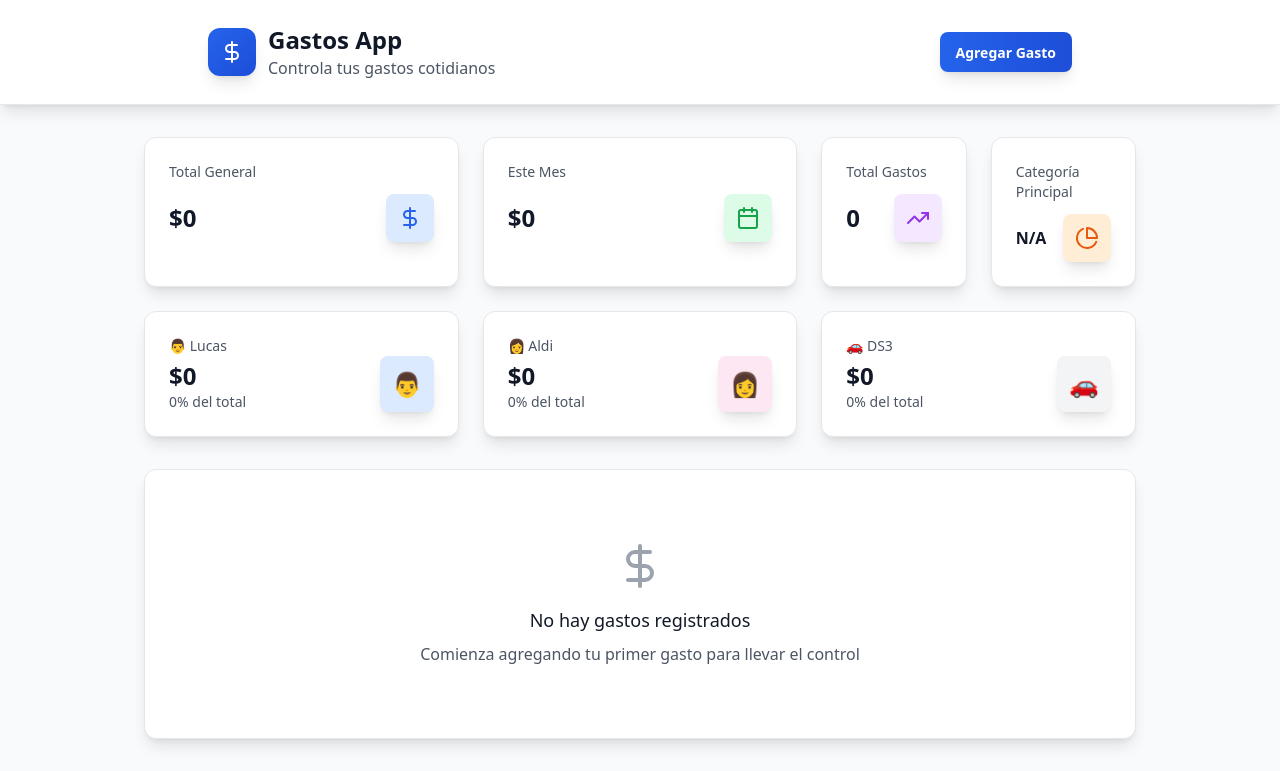
Repository: lucastenaglia/Gastosapp
Page: /
These files come from the project's save history. The page is drawn as it stood at one moment and after the next save; the edit follows.
The browser window is 1280 px wide. The pictures show the whole page.
The page's requests for data from a server got no answer. The project was rebuilt for these pictures with package versions that can differ from the ones it lists, and the page was loaded fresh each time. No one was signed in, and anything a server would have sent is missing. Also part of the build but not shown: vite.config.js, src/components/ExpenseForm.jsx.

Above is the page before, as saved 2025-08-13 18:56:41.

### index.html
<!DOCTYPE html>
<html lang="es">
  <head>
    <meta charset="UTF-8" />
    <link rel="icon" type="image/svg+xml" href="data:[embedded picture, 125 characters]" />
    <meta name="viewport" content="width=device-width, initial-scale=1.0" />
    <title>Gastos App - Control de Gastos Cotidianos</title>
  </head>
  <body>
    <div id="root"></div>
    <script type="module" src="/src/main.jsx"></script>
  </body>
</html>

### src/App.jsx
import { useState, useEffect } from 'react'
import Header from './components/Header'
import ExpenseForm from './components/ExpenseForm'
import ExpenseList from './components/ExpenseList'
import ExpenseSummary from './components/ExpenseSummary'
import { getExpenses, addExpense, updateExpense, deleteExpense } from './services/expenseService'

function App() {
  const [expenses, setExpenses] = useState([])
  const [isFormOpen, setIsFormOpen] = useState(false)
  const [loading, setLoading] = useState(true)
  const [error, setError] = useState(null)

  // Cargar gastos al iniciar la aplicación
  useEffect(() => {
    loadExpenses()
  }, [])

  // Cerrar modal con Escape
  useEffect(() => {
    const handleEscape = (e) => {
      if (e.key === 'Escape' && isFormOpen) {
        setIsFormOpen(false)
      }
    }

    if (isFormOpen) {
      document.addEventListener('keydown', handleEscape)
      // Bloquear el scroll del body
      document.body.style.overflow = 'hidden'
    }

    return () => {
      document.removeEventListener('keydown', handleEscape)
      // Restaurar el scroll del body
      document.body.style.overflow = 'unset'
    }
  }, [isFormOpen])

  const loadExpenses = async () => {
    try {
      setLoading(true)
      const data = await getExpenses()
      setExpenses(data)
      setError(null)
    } catch (err) {
      setError('Error al cargar los gastos')
      console.error(err)
    } finally {
      setLoading(false)
    }
  }

  const handleAddExpense = async (expense) => {
    try {
      const newExpense = await addExpense(expense)
      setExpenses([newExpense, ...expenses])
      setIsFormOpen(false)
    } catch (err) {
      setError('Error al agregar el gasto')
      console.error(err)
    }
  }

  const handleDeleteExpense = async (id) => {
    try {
      await deleteExpense(id)
      setExpenses(expenses.filter(expense => expense.id !== id))
    } catch (err) {
      setError('Error al eliminar el gasto')
      console.error(err)
    }
  }

  const handleEditExpense = async (id, updatedExpense) => {
    try {
      const updated = await updateExpense(id, updatedExpense)
      setExpenses(expenses.map(expense =>
        expense.id === id ? updated : expense
      ))
    } catch (err) {
      setError('Error al actualizar el gasto')
      console.error(err)
    }
  }

  return (
    <div className="min-h-screen bg-gray-50">
      <Header onAddExpense={() => setIsFormOpen(true)} />

      <main className="container mx-auto px-4 py-8 max-w-5xl">
        {error && (
          <div className="bg-red-100 border border-red-400 text-red-700 px-4 py-3 rounded mb-6">
            {error}
          </div>
        )}

        <ExpenseSummary expenses={expenses} />

        <div className="mt-8">
          <ExpenseList
            expenses={expenses}
            onDelete={handleDeleteExpense}
            onEdit={handleEditExpense}
            loading={loading}
          />
        </div>
      </main>

      {/* Modal Overlay */}
      {isFormOpen && (
        <div
          className="fixed inset-0 bg-black bg-opacity-50 flex items-center justify-center z-50 p-4 animate-in fade-in duration-200"
          onClick={() => setIsFormOpen(false)}
        >
          <div
            className="bg-white rounded-xl shadow-2xl max-w-md w-full mx-4 max-h-[90vh] overflow-y-auto animate-in zoom-in-95 duration-200"
            onClick={(e) => e.stopPropagation()}
          >
            <ExpenseForm
              onSubmit={handleAddExpense}
              onCancel={() => setIsFormOpen(false)}
            />
          </div>
        </div>
      )}
    </div>
  )
}

export default App

### src/index.css
@tailwind base;
@tailwind components;
@tailwind utilities;

@layer base {
  body {
    @apply bg-gray-50 text-gray-900;
  }
}

@layer components {
                .btn-primary {
                @apply bg-primary-600 hover:bg-primary-700 text-white font-medium py-2 px-4 rounded-lg transition-all duration-300 shadow-md hover:shadow-lg hover:-translate-y-0.5 transform;
              }

              .btn-secondary {
                @apply bg-gray-200 hover:bg-gray-300 text-gray-800 font-medium py-2 px-4 rounded-lg transition-all duration-300 shadow-md hover:shadow-lg hover:-translate-y-0.5 transform;
              }

                .input-field {
                @apply w-full px-3 py-2 border border-gray-300 rounded-lg focus:outline-none focus:ring-2 focus:ring-primary-500 focus:border-transparent shadow-sm focus:shadow-md transition-all duration-300;
              }

                            .card {
                @apply bg-white rounded-xl shadow-lg border border-gray-200 p-6 transform transition-all duration-300 hover:shadow-2xl hover:-translate-y-1;
              }

              .modal-enter {
                @apply opacity-0 scale-95;
              }

              .modal-enter-active {
                @apply opacity-100 scale-100 transition-all duration-200 ease-out;
              }

              .modal-exit {
                @apply opacity-100 scale-100;
              }

              .modal-exit-active {
                @apply opacity-0 scale-95 transition-all duration-200 ease-in;
              }
}

### src/components/Header.jsx
import { Plus, DollarSign } from 'lucide-react'

const Header = ({ onAddExpense }) => {
  return (
    <header className="bg-white shadow-lg border-b border-gray-200">
      <div className="container mx-auto px-4 py-6 max-w-4xl">
        <div className="flex items-center justify-between">
          <div className="flex items-center space-x-3">
            <div className="bg-gradient-to-br from-primary-600 to-primary-700 p-3 rounded-xl shadow-lg">
              <DollarSign className="h-6 w-6 text-white" />
            </div>
            <div>
              <h1 className="text-2xl font-bold text-gray-900">Gastos App</h1>
              <p className="text-gray-600">Controla tus gastos cotidianos</p>
            </div>
          </div>

          <button
            onClick={onAddExpense}
            className="bg-gradient-to-r from-primary-600 to-primary-700 active:from-primary-800 active:to-primary-900 text-white font-semibold py-2 px-4 rounded-lg shadow-lg hover:shadow-xl active:shadow-md active:translate-y-0.5 transition-all duration-200 border-0 focus:outline-none focus:ring-2 focus:ring-primary-300"
          >
            <span className="text-sm">Agregar Gasto</span>
          </button>
        </div>
      </div>
    </header>
  )
}

export default Header

### src/components/ExpenseList.jsx
import { useState } from 'react'
import { Trash2, Edit, Calendar, DollarSign } from 'lucide-react'

const ExpenseList = ({ expenses, onDelete, onEdit, loading }) => {
  const [editingId, setEditingId] = useState(null)
  const [editForm, setEditForm] = useState({})

  const categoryIcons = {
    comida: '🍽️',
    super: '🛒',
    auto: '🚗',
    entretenimiento: '🎮',
    salud: '💊',
    ropa: '👕',
    hogar: '🏠',
    otros: '📦'
  }

  const categoryColors = {
    comida: 'bg-orange-100 text-orange-800',
    super: 'bg-red-100 text-red-800',
    auto: 'bg-blue-100 text-blue-800',
    entretenimiento: 'bg-purple-100 text-purple-800',
    salud: 'bg-green-100 text-green-800',
    ropa: 'bg-pink-100 text-pink-800',
    hogar: 'bg-yellow-100 text-yellow-800',
    otros: 'bg-gray-100 text-gray-800'
  }

  const handleEdit = (expense) => {
    setEditingId(expense.id)
    setEditForm({
      description: expense.description,
      amount: expense.amount.toString(),
      category: expense.category,
      person: expense.person || 'lucas',
      date: expense.date
    })
  }

  const handleSaveEdit = (id) => {
    onEdit(id, {
      ...editForm,
      amount: parseFloat(editForm.amount)
    })
    setEditingId(null)
    setEditForm({})
  }

  const handleCancelEdit = () => {
    setEditingId(null)
    setEditForm({})
  }

  const formatDate = (dateString) => {
    const date = new Date(dateString)
    return date.toLocaleDateString('es-ES', {
      year: 'numeric',
      month: 'short',
      day: 'numeric'
    })
  }

  if (loading) {
    return (
      <div className="card">
        <div className="text-center py-12">
          <div className="animate-spin rounded-full h-12 w-12 border-b-2 border-primary-600 mx-auto mb-4"></div>
          <h3 className="text-lg font-medium text-gray-900 mb-2">
            Cargando gastos...
          </h3>
          <p className="text-gray-600">
            Conectando con la base de datos
          </p>
        </div>
      </div>
    )
  }

  if (expenses.length === 0) {
    return (
      <div className="card">
        <div className="text-center py-12">
          <DollarSign className="h-12 w-12 text-gray-400 mx-auto mb-4" />
          <h3 className="text-lg font-medium text-gray-900 mb-2">
            No hay gastos registrados
          </h3>
          <p className="text-gray-600">
            Comienza agregando tu primer gasto para llevar el control
          </p>
        </div>
      </div>
    )
  }

  return (
    <div className="card">
      <h2 className="text-xl font-semibold text-gray-900 mb-6">
        Historial de Gastos
      </h2>

      <div className="space-y-3">
        {expenses.map(expense => (
          <div key={expense.id} className="border border-gray-200 rounded-lg p-3 sm:p-4 bg-white shadow-md hover:shadow-xl hover:-translate-y-1 transform transition-all duration-300">
            {editingId === expense.id ? (
              <div className="space-y-3">
                <input
                  type="text"
                  value={editForm.description}
                  onChange={(e) => setEditForm({...editForm, description: e.target.value})}
                  className="input-field"
                />
                <div className="grid grid-cols-1 sm:grid-cols-2 gap-3">
                  <input
                    type="number"
                    value={editForm.amount}
                    onChange={(e) => setEditForm({...editForm, amount: e.target.value})}
                    className="input-field"
                    step="1"
                    min="0"
                  />
                  <select
                    value={editForm.category}
                    onChange={(e) => setEditForm({...editForm, category: e.target.value})}
                    className="input-field"
                  >
                    <option value="comida">🍽️ Comida</option>
                    <option value="super">🛒 Super</option>
                    <option value="auto">🚗 Auto</option>
                    <option value="entretenimiento">🎮 Entretenimiento</option>
                    <option value="salud">💊 Salud</option>
                    <option value="ropa">👕 Ropa</option>
                    <option value="hogar">🏠 Hogar</option>
                    <option value="otros">📦 Otros</option>
                  </select>
                </div>
                <div className="grid grid-cols-1 sm:grid-cols-2 gap-3">
                  <select
                    value={editForm.person}
                    onChange={(e) => setEditForm({...editForm, person: e.target.value})}
                    className="input-field"
                  >
                    <option value="lucas">👨 Lucas</option>
                    <option value="aldi">👩 Aldi</option>
                  </select>
                  <input
                    type="date"
                    value={editForm.date}
                    onChange={(e) => setEditForm({...editForm, date: e.target.value})}
                    className="input-field"
                  />
                </div>
                <div className="flex space-x-2">
                  <button
                    onClick={() => handleSaveEdit(expense.id)}
                    className="btn-primary text-sm flex-1"
                  >
                    Guardar
                  </button>
                  <button
                    onClick={handleCancelEdit}
                    className="btn-secondary text-sm flex-1"
                  >
                    Cancelar
                  </button>
                </div>
              </div>
            ) : (
              <div className="space-y-3">
                {/* Header con icono, descripción y monto */}
                <div className="flex items-start justify-between">
                  <div className="flex items-center space-x-3 flex-1 min-w-0">
                    <div className={`p-2 rounded-lg flex-shrink-0 ${categoryColors[expense.category]}`}>
                      <span className="text-lg">{categoryIcons[expense.category]}</span>
                    </div>

                    <div className="flex-1 min-w-0">
                      <h3 className="font-medium text-gray-900 truncate">
                        {expense.description}
                      </h3>
                      <div className="flex items-center space-x-2 text-sm text-gray-600 mt-1">
                        <span className="flex items-center space-x-1">
                          <Calendar className="h-3 w-3" />
                          <span className="hidden sm:inline">{formatDate(expense.date)}</span>
                          <span className="sm:hidden">{new Date(expense.date).toLocaleDateString('es-ES', { day: '2-digit', month: '2-digit' })}</span>
                        </span>
                        <span className="hidden sm:inline">•</span>
                        <span className="capitalize text-xs sm:text-sm">{expense.category}</span>
                      </div>
                    </div>
                  </div>

                  <div className="flex items-center space-x-2 flex-shrink-0">
                    <span className="text-lg font-semibold text-gray-900">
                      ${expense.amount}
                    </span>

                    <div className="flex space-x-1">
                      <button
                        onClick={() => handleEdit(expense)}
                        className="p-1 text-gray-400 hover:text-blue-600 transition-colors"
                        title="Editar"
                      >
                        <Edit className="h-4 w-4" />
                      </button>
                      <button
                        onClick={() => onDelete(expense.id)}
                        className="p-1 text-gray-400 hover:text-red-600 transition-colors"
                        title="Eliminar"
                      >
                        <Trash2 className="h-4 w-4" />
                      </button>
                    </div>
                  </div>
                </div>

                {/* Información adicional en móvil */}
                <div className="sm:hidden flex items-center justify-between text-sm text-gray-600 border-t pt-2">
                  <span className="flex items-center space-x-1">
                    <span>{expense.person === 'lucas' ? '👨' : '👩'}</span>
                    <span className="capitalize">{expense.person || 'lucas'}</span>
                  </span>
                  <span className="text-xs">
                    {new Date(expense.date).toLocaleDateString('es-ES', { year: 'numeric' })}
                  </span>
                </div>
              </div>
            )}
          </div>
        ))}
      </div>
    </div>
  )
}

export default ExpenseList

### src/components/ExpenseSummary.jsx
import { TrendingUp, Calendar, DollarSign, PieChart } from 'lucide-react'

const ExpenseSummary = ({ expenses }) => {
  const totalExpenses = expenses.reduce((sum, expense) => sum + expense.amount, 0)

  const today = new Date()
  const thisMonth = today.getMonth()
  const thisYear = today.getFullYear()

  const monthlyExpenses = expenses.filter(expense => {
    const expenseDate = new Date(expense.date)
    return expenseDate.getMonth() === thisMonth && expenseDate.getFullYear() === thisYear
  })

  const monthlyTotal = monthlyExpenses.reduce((sum, expense) => sum + expense.amount, 0)

  const categoryTotals = expenses.reduce((acc, expense) => {
    acc[expense.category] = (acc[expense.category] || 0) + expense.amount
    return acc
  }, {})

  const topCategory = Object.entries(categoryTotals).sort(([,a], [,b]) => b - a)[0]

     // Estadísticas por persona
   const personTotals = expenses.reduce((acc, expense) => {
     // Si la categoría es "auto", asignar a "ds3", sino usar la persona seleccionada
     const person = expense.category === 'auto' ? 'ds3' : (expense.person || 'lucas')
     acc[person] = (acc[person] || 0) + expense.amount
     return acc
   }, {})

   const lucasTotal = personTotals.lucas || 0
   const aldiTotal = personTotals.aldi || 0
   const ds3Total = personTotals.ds3 || 0

  const formatCurrency = (amount) => {
    return `$${Math.round(amount).toLocaleString('en-US')}`
  }

  return (
    <div className="space-y-4 sm:space-y-6">
                  {/* Primera fila - Estadísticas generales */}
      <div className="grid grid-cols-2 lg:grid-cols-6 gap-3 sm:gap-6">
                 {/* Total General */}
          <div className="card relative p-4 sm:p-6 lg:col-span-2">
           <div className="space-y-3">
             <p className="text-xs sm:text-sm font-medium text-gray-600">Total General</p>
             <div className="flex items-center justify-between">
               <div className="flex-1">
                 <p className="text-lg sm:text-xl lg:text-2xl font-bold text-gray-900">
                   {formatCurrency(totalExpenses)}
                 </p>
               </div>
               <div className="bg-blue-100 p-2 sm:p-2.5 lg:p-3 rounded-lg shadow-lg ml-4">
                 <DollarSign className="h-4 w-4 sm:h-5 sm:w-5 lg:h-6 lg:w-6 text-blue-600" />
               </div>
             </div>
           </div>
         </div>

                                                                       {/* Gastos del Mes */}
           <div className="card relative p-4 sm:p-6 lg:col-span-2">
           <div className="space-y-3">
             <p className="text-xs sm:text-sm font-medium text-gray-600">Este Mes</p>
             <div className="flex items-center justify-between">
               <div className="flex-1">
                 <p className="text-lg sm:text-xl lg:text-2xl font-bold text-gray-900">
                   {formatCurrency(monthlyTotal)}
                 </p>
               </div>
               <div className="bg-green-100 p-2 sm:p-2.5 lg:p-3 rounded-lg shadow-lg ml-4">
                 <Calendar className="h-4 w-4 sm:h-5 sm:w-5 lg:h-6 lg:w-6 text-green-600" />
               </div>
             </div>
           </div>
         </div>

                                                                       {/* Total de Gastos */}
           <div className="card relative p-4 sm:p-6 lg:col-span-1">
           <div className="space-y-3">
             <p className="text-xs sm:text-sm font-medium text-gray-600">Total Gastos</p>
             <div className="flex items-center justify-between">
                 <div className="flex-1">
                  <p className="text-2xl sm:text-3xl lg:text-2xl font-bold text-gray-900">
                   {expenses.length}
                 </p>
               </div>
                                 <div className="bg-purple-100 p-2 sm:p-2.5 lg:p-3 rounded-lg shadow-lg ml-4">
                 <TrendingUp className="h-4 w-4 sm:h-5 sm:w-5 lg:h-6 lg:w-6 text-purple-600" />
               </div>
             </div>
           </div>
         </div>

                                                                                                           {/* Categoría Principal */}
           <div className="card relative p-4 sm:p-6 lg:col-span-1">
           <div className="space-y-3">
             <p className="text-xs sm:text-sm font-medium text-gray-600">Categoría Principal</p>
             <div className="flex items-center justify-between">
               <div className="flex-1">
                  <p className="text-base sm:text-lg lg:text-base font-semibold text-gray-900 capitalize">
                   {topCategory ? topCategory[0] : 'N/A'}
                 </p>
                 {topCategory && (
                   <p className="text-xs sm:text-sm text-gray-600">
                     {formatCurrency(topCategory[1])}
                   </p>
                 )}
               </div>
                                 <div className="bg-orange-100 p-2 sm:p-2.5 lg:p-3 rounded-lg shadow-lg ml-4">
                 <PieChart className="h-4 w-4 sm:h-5 sm:w-5 lg:h-6 lg:w-6 text-orange-600" />
               </div>
             </div>
           </div>
         </div>
      </div>

                    {/* Segunda fila - Estadísticas por persona */}
       <div className="grid grid-cols-1 sm:grid-cols-3 gap-3 sm:gap-6">
                 {/* Gastos de Lucas */}
         <div className="card relative p-4 sm:p-6">
           <div>
             <p className="text-xs sm:text-sm font-medium text-gray-600">👨 Lucas</p>
             <div className="flex items-end justify-between">
               <div>
                 <p className="text-lg sm:text-2xl font-bold text-gray-900">
                   {formatCurrency(lucasTotal)}
                 </p>
                 <p className="text-xs sm:text-sm text-gray-600">
                   {totalExpenses > 0 ? `${((lucasTotal / totalExpenses) * 100).toFixed(1)}%` : '0%'} del total
                 </p>
               </div>
               <div className="bg-blue-100 p-2 sm:p-3 rounded-lg shadow-lg">
                 <span className="text-lg sm:text-2xl">👨</span>
               </div>
             </div>
           </div>
         </div>

                 {/* Gastos de Aldi */}
         <div className="card relative p-4 sm:p-6">
           <div>
             <p className="text-xs sm:text-sm font-medium text-gray-600">👩 Aldi</p>
             <div className="flex items-end justify-between">
               <div>
                 <p className="text-lg sm:text-2xl font-bold text-gray-900">
                   {formatCurrency(aldiTotal)}
                 </p>
                 <p className="text-xs sm:text-sm text-gray-600">
                   {totalExpenses > 0 ? `${((aldiTotal / totalExpenses) * 100).toFixed(1)}%` : '0%'} del total
                 </p>
               </div>
               <div className="bg-pink-100 p-2 sm:p-3 rounded-lg shadow-lg">
                 <span className="text-lg sm:text-2xl">👩</span>
               </div>
             </div>
           </div>
         </div>

                 {/* Gastos de DS3 (Auto) */}
         <div className="card relative p-4 sm:p-6">
           <div>
             <p className="text-xs sm:text-sm font-medium text-gray-600">🚗 DS3</p>
             <div className="flex items-end justify-between">
               <div>
                 <p className="text-lg sm:text-2xl font-bold text-gray-900">
                   {formatCurrency(ds3Total)}
                 </p>
                 <p className="text-xs sm:text-sm text-gray-600">
                   {totalExpenses > 0 ? `${((ds3Total / totalExpenses) * 100).toFixed(1)}%` : '0%'} del total
                 </p>
               </div>
               <div className="bg-gray-100 p-2 sm:p-3 rounded-lg shadow-lg">
                 <span className="text-lg sm:text-2xl">🚗</span>
               </div>
             </div>
           </div>
         </div>
       </div>
    </div>
  )
}

export default ExpenseSummary

Loaded but not shown: src/main.jsx (common file); src/services/expenseService.js (78 lines, source omitted); src/lib/supabase.js (7 lines, source omitted); tailwind.config.js (20 lines, source omitted)

After the next save:
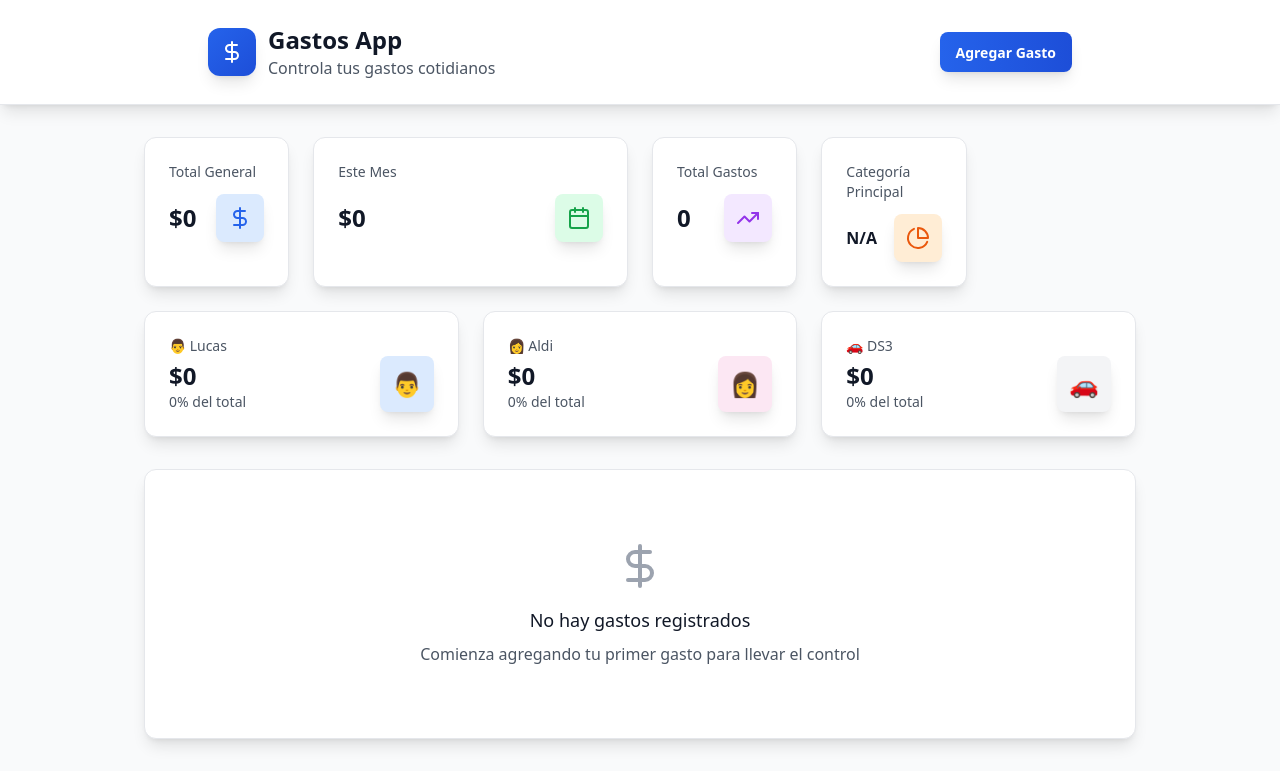
Saved 36 s later.
--- a/src/components/ExpenseSummary.jsx
+++ b/src/components/ExpenseSummary.jsx
@@ -42,7 +42,7 @@ const ExpenseSummary = ({ expenses }) => {
                   {/* Primera fila - Estadísticas generales */}
       <div className="grid grid-cols-2 lg:grid-cols-6 gap-3 sm:gap-6">
                  {/* Total General */}
-          <div className="card relative p-4 sm:p-6 lg:col-span-2">
+          <div className="card relative p-4 sm:p-6 lg:col-span-1.5">
            <div className="space-y-3">
              <p className="text-xs sm:text-sm font-medium text-gray-600">Total General</p>
              <div className="flex items-center justify-between">
